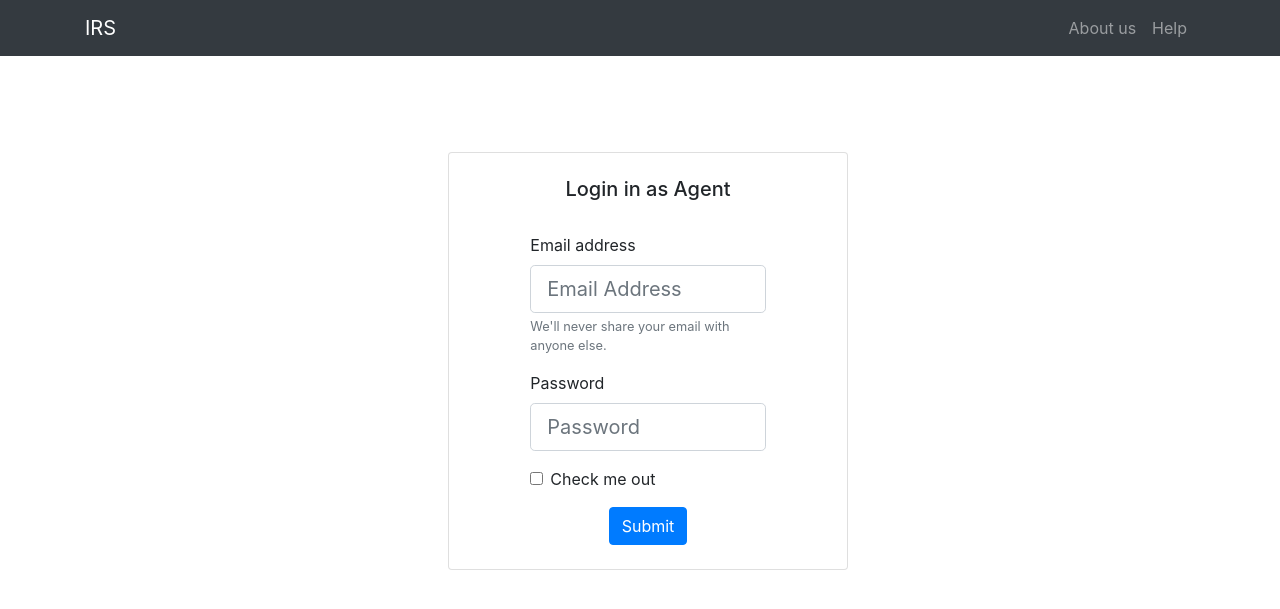
Repository: greeshmavyas/IRS_CS
Page: / (app in AgentManagement/Frontend/)
The author's editor kept a copy of each file at every save. The page is drawn from the files as they stood at one save, then again after the next save.
The browser window is 1280 px wide. The pictures show the whole page.
Some web libraries are served in a nearby version. The project was rebuilt for these pictures with package versions that can differ from the ones it lists, and the page was loaded fresh each time. Also part of the build but not shown: AgentManagement/Frontend/src/components/NavbarDash.js, AgentManagement/Frontend/src/components/Sidebar.js, AgentManagement/Frontend/src/components/Dashboard.js, AgentManagement/Frontend/src/components/Settings.js, AgentManagement/frontend/src/App.css.

Above is the page before, as saved 2020-10-26 16:35:01.

### AgentManagement/frontend/public/index.html
<!DOCTYPE html>
<html lang="en">
  <head>
    <meta charset="utf-8" />
    <link rel="icon" href="%PUBLIC_URL%/favicon.ico" />
    <meta name="viewport" content="width=device-width, initial-scale=1" />
    <meta name="theme-color" content="#000000" />
    <meta
      name="description"
      content="Web site created using create-react-app"
    />
    <link rel="apple-touch-icon" href="%PUBLIC_URL%/logo192.png" />
    <!--
      manifest.json provides metadata used when your web app is installed on a
      user's mobile device or desktop. See https://developers.google.com/web/fundamentals/web-app-manifest/
    -->
    <link rel="manifest" href="%PUBLIC_URL%/manifest.json" />
    <link rel="stylesheet" href="https://stackpath.bootstrapcdn.com/bootstrap/4.4.1/css/bootstrap.min.css"
      integrity="sha384-Vkoo8x4CGsO3+Hhxv8T/Q5PaXtkKtu6ug5TOeNV6gBiFeWPGFN9MuhOf23Q9Ifjh" crossorigin="anonymous">
    <script src="https://kit.fontawesome.com/db1fc867ad.js" crossorigin="anonymous"></script>
    <!--
      Notice the use of %PUBLIC_URL% in the tags above.
      It will be replaced with the URL of the `public` folder during the build.
      Only files inside the `public` folder can be referenced from the HTML.

      Unlike "/favicon.ico" or "favicon.ico", "%PUBLIC_URL%/favicon.ico" will
      work correctly both with client-side routing and a non-root public URL.
      Learn how to configure a non-root public URL by running `npm run build`.
    -->
    <title>React App</title>
  </head>
  <body>
    <noscript>You need to enable JavaScript to run this app.</noscript>
    <div id="root"></div>
    <script src="https://code.jquery.com/jquery-3.4.1.slim.min.js"
      integrity="sha384-J6qa4849blE2+poT4WnyKhv5vZF5SrPo0iEjwBvKU7imGFAV0wwj1yYfoRSJoZ+n" crossorigin="anonymous"></script>
    <script src="https://cdn.jsdelivr.net/npm/popper.js@1.16.0/dist/umd/popper.min.js"
      integrity="sha384-Q6E9RHvbIyZFJoft+2mJbHaEWldlvI9IOYy5n3zV9zzTtmI3UksdQRVvoxMfooAo" crossorigin="anonymous"></script>
    <script src="https://stackpath.bootstrapcdn.com/bootstrap/4.4.1/js/bootstrap.min.js"
      integrity="sha384-wfSDF2E50Y2D1uUdj0O3uMBJnjuUD4Ih7YwaYd1iqfktj0Uod8GCExl3Og8ifwB6" crossorigin="anonymous"></script>
    <!--
      This HTML file is a template.
      If you open it directly in the browser, you will see an empty page.

      You can add webfonts, meta tags, or analytics to this file.
      The build step will place the bundled scripts into the <body> tag.

      To begin the development, run `npm start` or `yarn start`.
      To create a production bundle, use `npm run build` or `yarn build`.
    -->
  </body>
</html>

### AgentManagement/Frontend/src/App.js
import React from 'react';
import { BrowserRouter } from 'react-router-dom';
import Main from "./Main"
import './App.css';

function App() {
  return (
    <div>
      <BrowserRouter>
        <Main />
      </BrowserRouter>
    </div>
  );
}

export default App;

### AgentManagement/Frontend/src/Main.js
import React, { Component } from 'react';
import { Route } from 'react-router-dom';
import login from './components/login';
import Dashboard from './components/Dashboard';
import Settings from './components/Settings';

 class Main extends Component {
    render() {
        return (
          <div>
            <Route exact path="/" component={login} />
            <Route exact path="/dashboard" component={Dashboard} />
            <Route exact path="/settings" component={Settings} />
          </div>
        );
    }
}

export default Main;

### AgentManagement/Frontend/src/components/login.js
import React, { Component } from "react";
import Card from 'react-bootstrap/Card'
import NavbarLogin from './NavbarLogin'
import Form from 'react-bootstrap/Form'
import Button from 'react-bootstrap/Button'


class login extends Component {
  constructor() {
    super();
    this.state = {
      email: "",
      password: "",
      userType: "",
      errors: {},
    };
  }

  onChange = (e) => {
    this.setState({
      [e.target.name]: e.target.value,
    });
  };

  render() {
    return (
      <div>
        <NavbarLogin />
        <br></br>
        <br></br>
        <br></br>
          <Card style={{ width: '25rem', 'margin-left': '35%' }}>
            <div className="container">
              <div className="row">
                <div className="col-md-8 m-auto">
                  <br></br>
                  <center><h5>Login in as Agent</h5></center>
                  <br></br>
                  <Form onSubmit={this.onSubmit}>
                    <Form.Group controlId="formBasicEmail">
                      <Form.Label>Email address</Form.Label>
                      <Form.Control type="email"
                        className="form-control form-control-lg"
                        placeholder="Email Address"
                        name="email"
                        value={this.state.email}
                        onChange={this.onChange} />
                      <Form.Text className="text-muted">
                        We'll never share your email with anyone else.
                    </Form.Text>
                    </Form.Group>

                    <Form.Group controlId="formBasicPassword">
                      <Form.Label>Password</Form.Label>
                      <Form.Control type="password"
                        className="form-control form-control-lg"
                        placeholder="Password"
                        name="password"
                        value={this.state.password}
                        onChange={this.onChange} />
                    </Form.Group>
                    <Form.Group controlId="formBasicCheckbox">
                      <Form.Check type="checkbox" label="Check me out" />
                    </Form.Group>
                    <center>
                    <Button variant="primary" type="submit">
                      Submit
                    </Button>
                    </center>
                  </Form>
                  <br></br>
                  {/*  <form onSubmit={this.onSubmit}>
                <div className="form-group">
                <strong>Username</strong>
                  <input
                    type="email"
                    className="form-control form-control-lg"
                    placeholder="Email Address"
                    name="email"
                    value={this.state.email}
                    onChange={this.onChange}
                  />
                </div>
                <div className="form-group">
                <strong>Password</strong>
                  <input
                    type="password"
                    className="form-control form-control-lg"
                    placeholder="Password"
                    name="password"
                    value={this.state.password}
                    onChange={this.onChange}
                  />
                </div>
                 <a href="/dashboard" class="btn btn-info btn-block mt-4">
                    Login
                  </a>
                  <br></br>
                  <br></br>
              </form> */}
                </div>
              </div>
            </div>
          </Card>
      </div>
    );
  }
}

export default login;

### AgentManagement/Frontend/src/components/NavbarLogin.js
import React, { Component } from 'react';

class NavbarLogin extends Component {

  handleLogout = () => {
    window.localStorage.clear();
  };

  render() {
    return (
      <nav className="navbar navbar-expand-sm navbar-dark bg-dark mb-4">
        <div className="container">
          <a className="navbar-brand" href="/companyDashboard">
            IRS
          </a>
          <button
            className="navbar-toggler"
            type="button"
            data-toggle="collapse"
            data-target="#mobile-nav"
          >
            <span className="navbar-toggler-icon"></span>
          </button>

          <div className="collapse navbar-collapse" id="mobile-nav">

            <ul className="navbar-nav ml-auto">
              <li className="nav-item">
                <a className="nav-link" href="/">
                  About us
                </a>
              </li>
              <li className="nav-item">
                <a className="nav-link" href="/" onClick={this.handleLogout}>
                  Help
                </a>
              </li>
            </ul>
          </div>
        </div>
      </nav>
    );
  }
}

export default NavbarLogin;

Loaded but not shown: AgentManagement/Frontend/src/index.js (common file); AgentManagement/frontend/src/index.css (common file); AgentManagement/frontend/src/serviceWorker.js (common file)

After the next save:
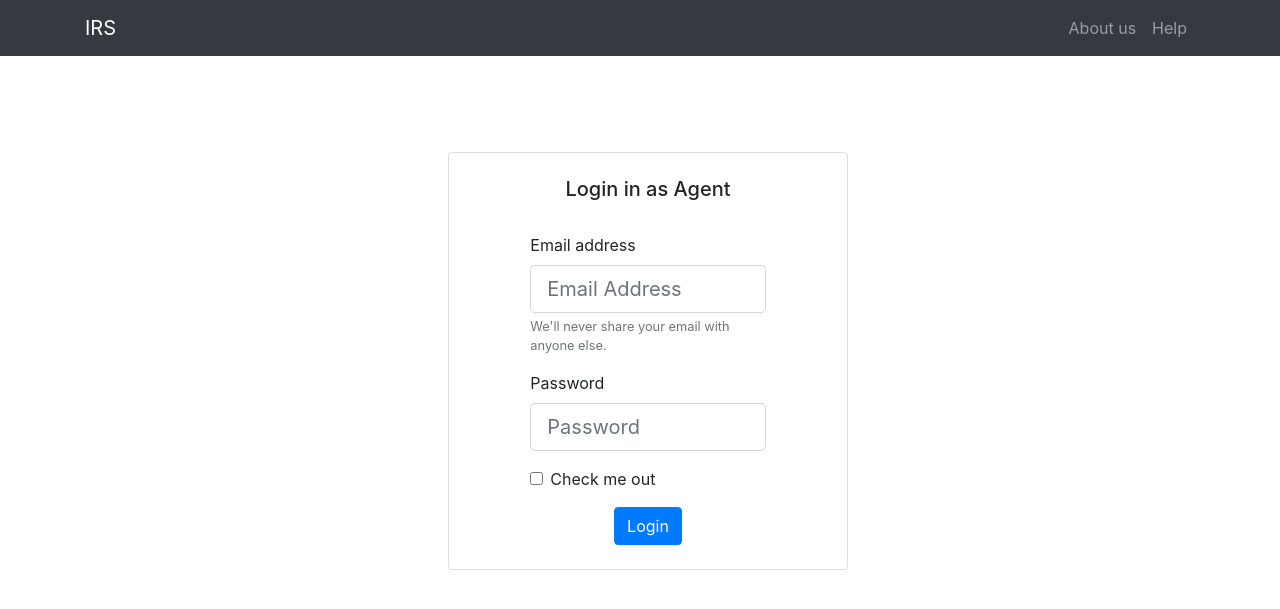
Saved 2 min 24 s later.
--- a/AgentManagement/Frontend/src/components/login.js
+++ b/AgentManagement/Frontend/src/components/login.js
@@ -64,7 +64,7 @@ class login extends Component {
                     </Form.Group>
                     <center>
                     <Button variant="primary" type="submit">
-                      Submit
+                      Login
                     </Button>
                     </center>
                   </Form>
